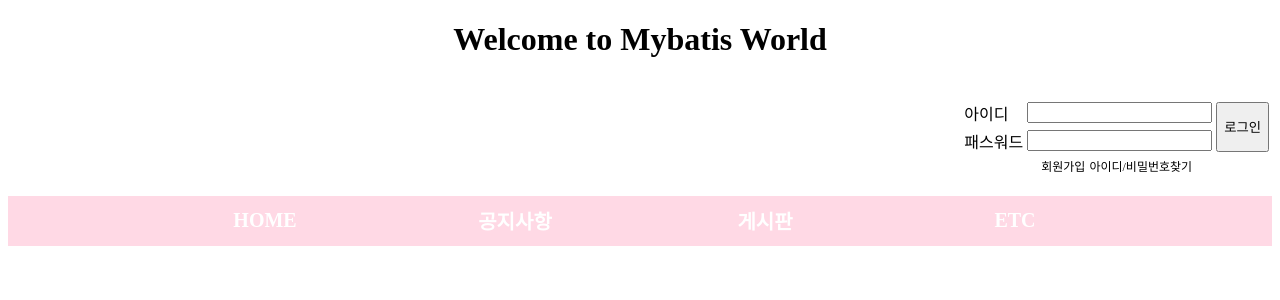
Repository: smjae96/Backup
Page: http://localhost/mybatisProject/
These files come from the project's save history. The page is drawn as it stood at one moment and after the next save; the edit follows.
The browser window is 1280 px wide. The pictures show the whole page.
The page is served by Tomcat 9.

Above is the page before, as saved 2024-04-04 03:38:19.

After the next save:
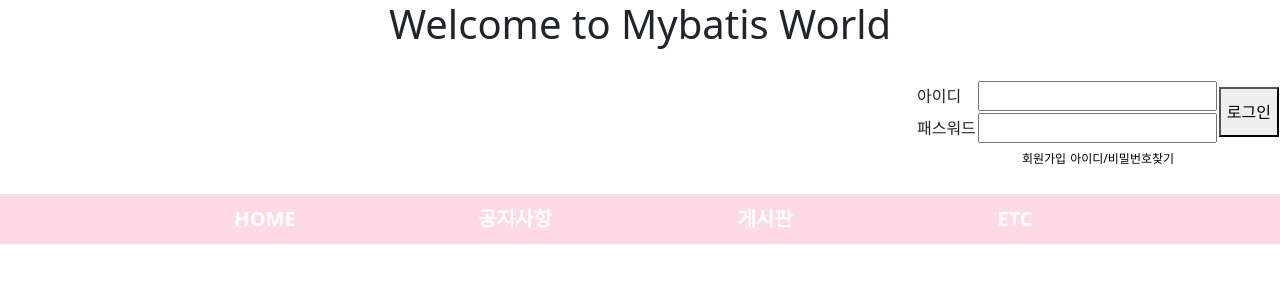
Saved 86 s later.
--- a/6_mybatis/mybatisProject/webapp/WEB-INF/views/common/menubar.jsp
+++ b/6_mybatis/mybatisProject/webapp/WEB-INF/views/common/menubar.jsp
@@ -33,6 +33,17 @@
         margin-top: 50px;
     }
 </style>
+<!-- bootstrap CSS -->
+<link
+	href="https://cdn.jsdelivr.net/npm/bootstrap@5.3.3/dist/css/bootstrap.min.css"
+	rel="stylesheet"
+	integrity="sha384-QWTKZyjpPEjISv5WaRU9OFeRpok6YctnYmDr5pNlyT2bRjXh0JMhjY6hW+ALEwIH"
+	crossorigin="anonymous">
+<!-- bootstrap JS -->
+<script
+	src="https://cdn.jsdelivr.net/npm/bootstrap@5.3.3/dist/js/bootstrap.bundle.min.js"
+	integrity="sha384-YvpcrYf0tY3lHB60NNkmXc5s9fDVZLESaAA55NDzOxhy9GkcIdslK1eN7N6jIeHz"
+	crossorigin="anonymous"></script>
 </head>
 <body>
 	<c:if test="${alertMsg != null }">
